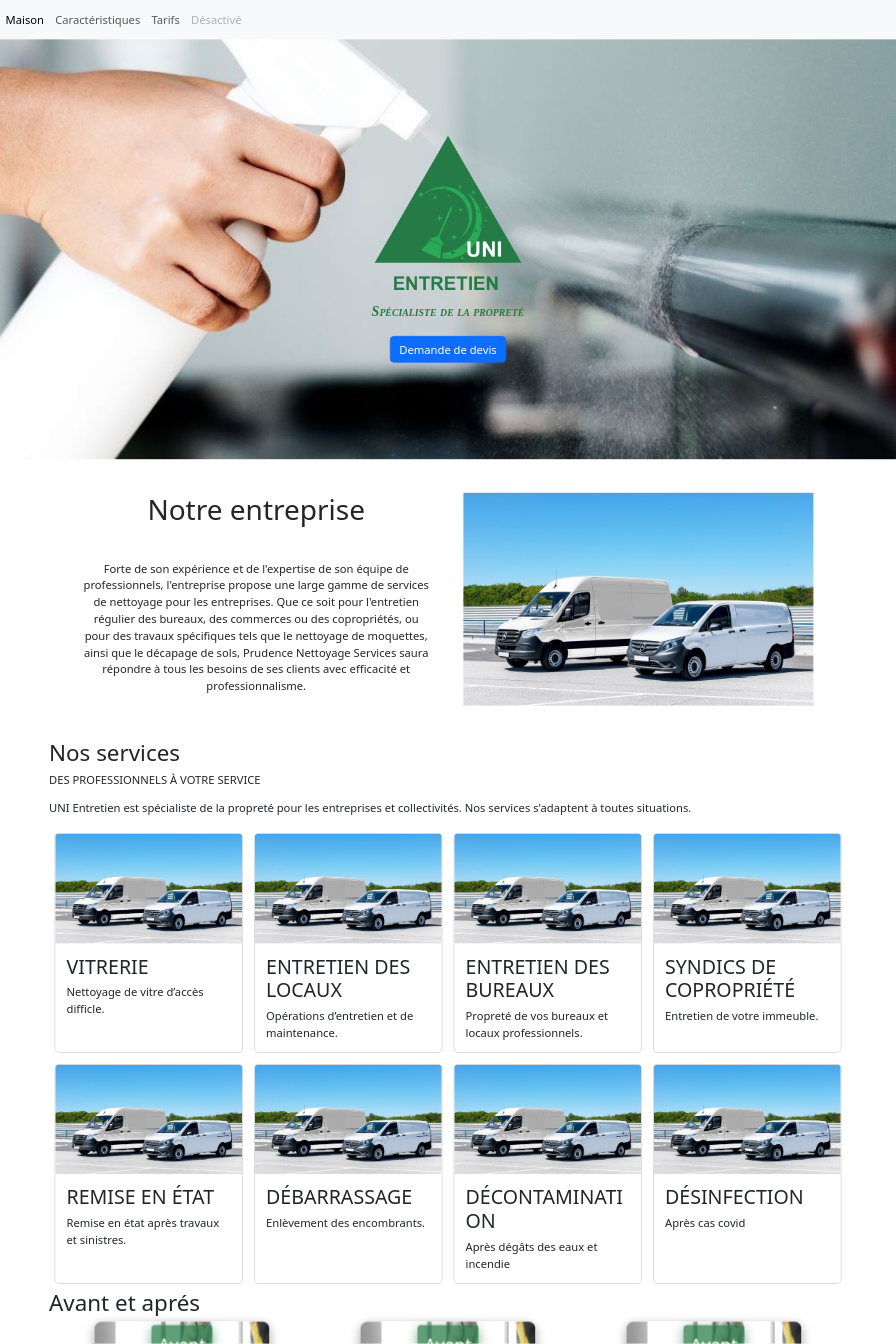
Repository: tomrib/site-UNI
Page: http://localhost/
These files come from the project's save history. The page is drawn as it stood at one moment and after a run of saves; the edit follows.
The browser window is 1280 px wide. The pictures show the part of the page from y = 0 to 1920 px (the page is 2614 px tall), at 70% of full size.
The page is run by PHP 8.4 with error messages shown; the project is at /var/www/html/.

Above is the page before, as saved 2023-12-01 10:40:59.

After the next 2 saves:
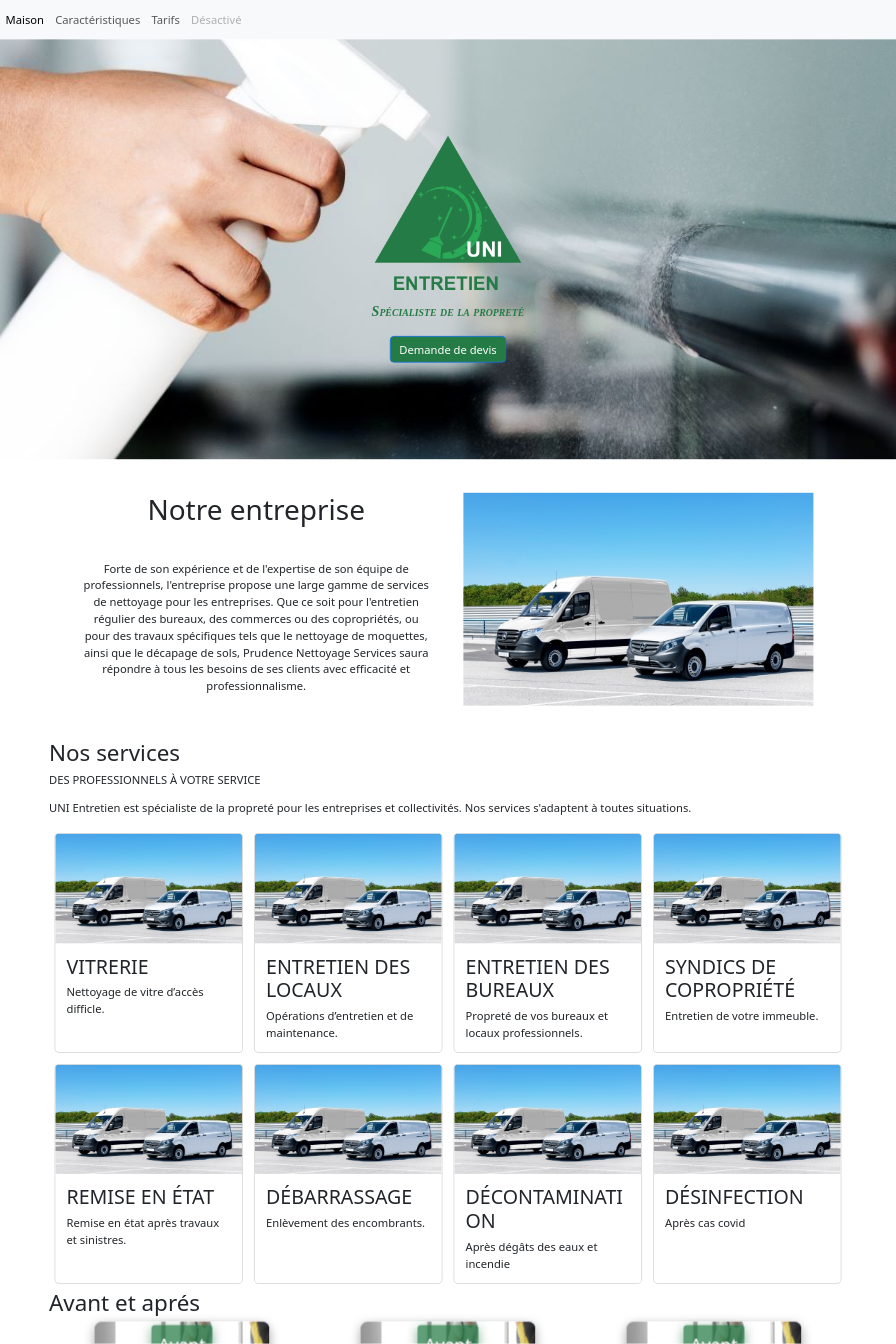
The 2 saves are shown as one change because they came seconds apart.
The last was saved 6 s later.
--- a/assets/css/style.css
+++ b/assets/css/style.css
@@ -27,7 +27,7 @@
 }
 
 .displayLogo button{
-    bg
+    background-color: #257b46;
 }
 
 .headLogo{
